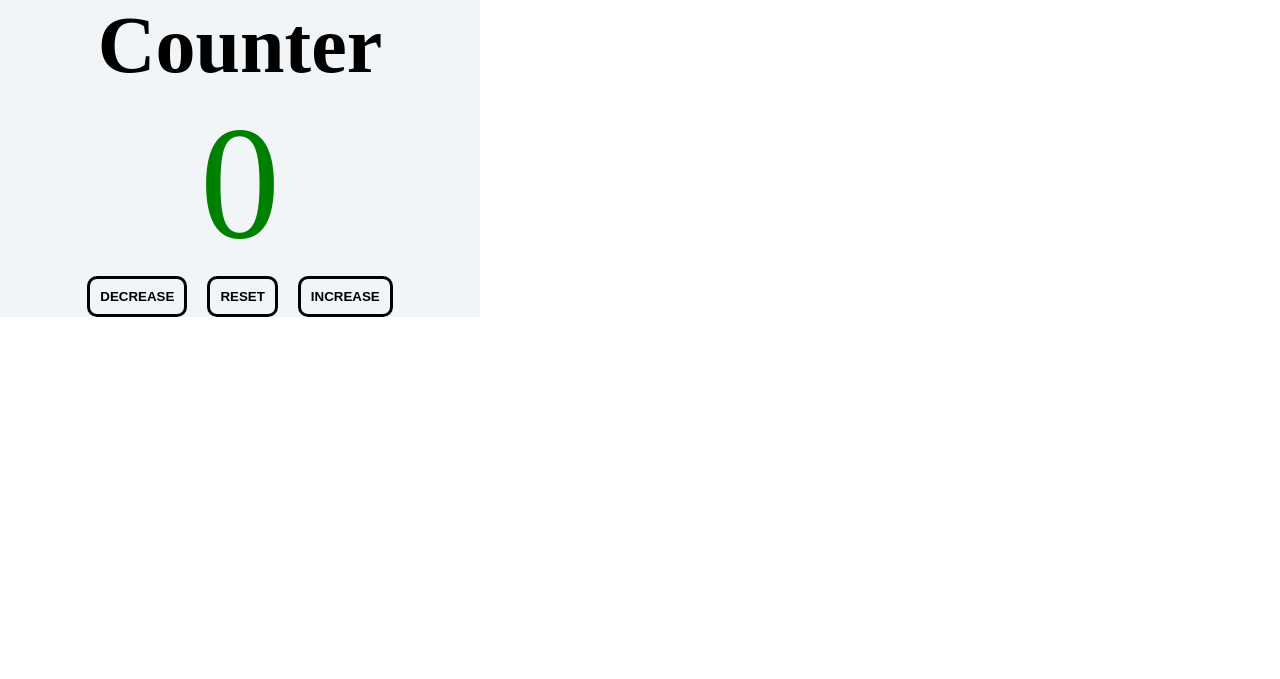
Repository: imokha01/createCounter
Page: index.html
These files come from the project's save history. The page is drawn as it stood at one moment and after a run of saves; the edit follows.
The browser window is 1280 px wide. The pictures show the whole page.

Above is the page before, as saved 2024-01-17 17:10:03.

### index.html
<!DOCTYPE html>
<html lang="en">
  <head>
    <meta charset="UTF-8" />
    <meta name="viewport" content="width=device-width, initial-scale=1.0" />
    <link rel="stylesheet" href="style.css" />
    <title>Document</title>
  </head>
  <body>
    <div class="main">
      <h1>Counter</h1>
      <div id="countDisplay" value="0">0</div>
      <div class="controls">
        <button id="decrease">DECREASE</button>
        <button id="reset">RESET</button>
        <button id="increase">INCREASE</button>
      </div>
    </div>
    <script src="./index.js"></script>
  </body>
</html>

### style.css
* {
    margin: 0;
    padding: 0;
    box-sizing: border-box;
}


.main {
    display: flex;
    flex-direction: column;
    justify-content: center;
    align-items: center;
    background-color: #f1f5f8;
    width: 30rem;
    height: auto;
}

h1 {
    font-size: 5rem;
}

#countDisplay {
    color: green;
    font-size: 10rem;

}

.controls {
    display: flex;
    gap: 20px;
}

.controls > button {
    padding: 10px;
    border: 3px solid black;
    border-radius: 10px;
    font-weight: 700;
    background-color: transparent;
    cursor: pointer;
}

Loaded but not shown: index.js (no copy from this time; the picture is the same without it)

After the next 2 saves:
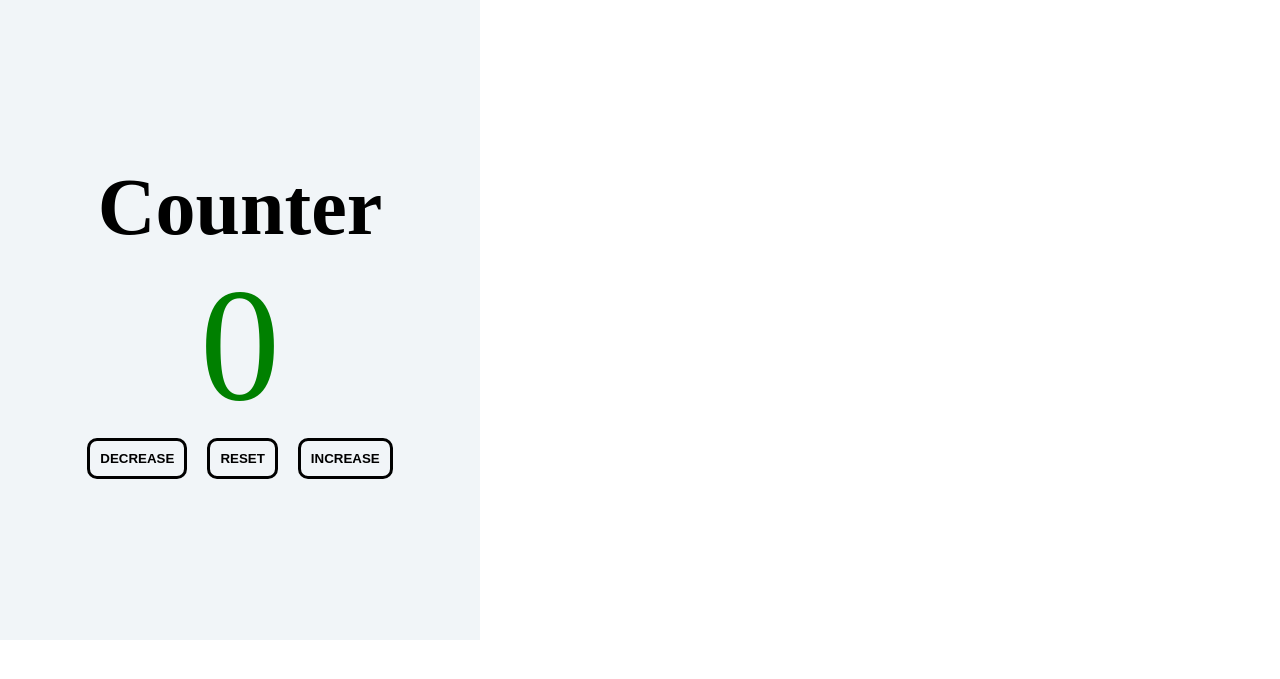
The 2 saves are shown as one change because they came seconds apart.
The last was saved 6 s later.
--- a/style.css
+++ b/style.css
@@ -12,7 +12,7 @@
     align-items: center;
     background-color: #f1f5f8;
     width: 30rem;
-    height: auto;
+    height: 40rem;
 }
 
 h1 {
